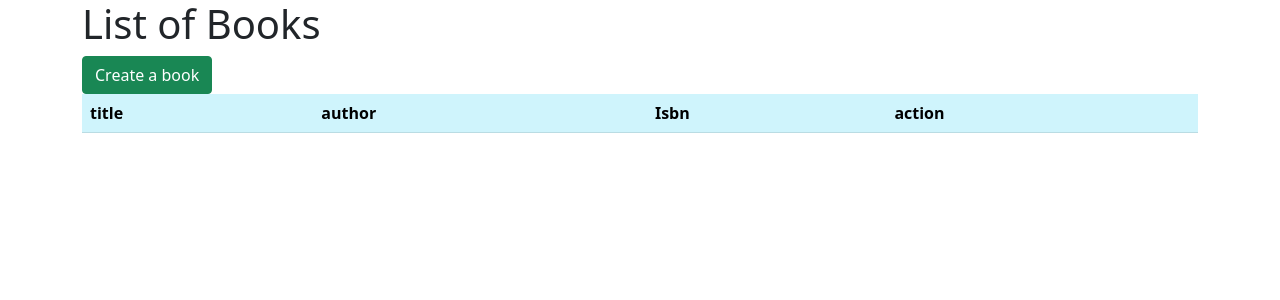
Repository: RaghdaMadiane/django
Page: http://localhost/books/
An editor plug-in stored every save of this project. The page is shown before and after the next save, followed by the edit.
The browser window is 1280 px wide. The pictures show the whole page.
The page is served by the project's application, run on Django 3.2 (manage.py). Queries for data that is not in the repository find no rows.

Above is the page before, as saved 2021-04-22 20:33:50.

After the next save:
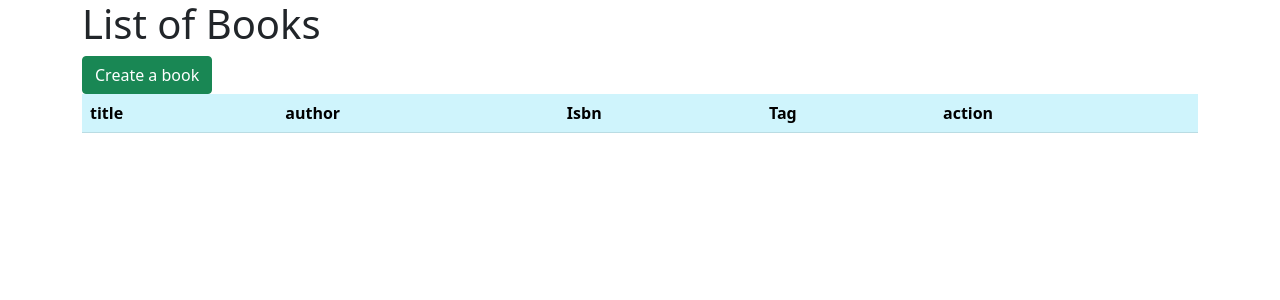
Saved 8 min 11 s later.
--- a/books/templates/books/index.html
+++ b/books/templates/books/index.html
@@ -9,6 +9,7 @@
      <th scope="col" class="table-info">title</th>
       <th scope="col" class="table-info">author</th>
       <th scope="col" class="table-info">Isbn</th>
+       <th scope="col" class="table-info">Tag</th>
       <th scope="col" class="table-info">action</th>
 
     </tr>
